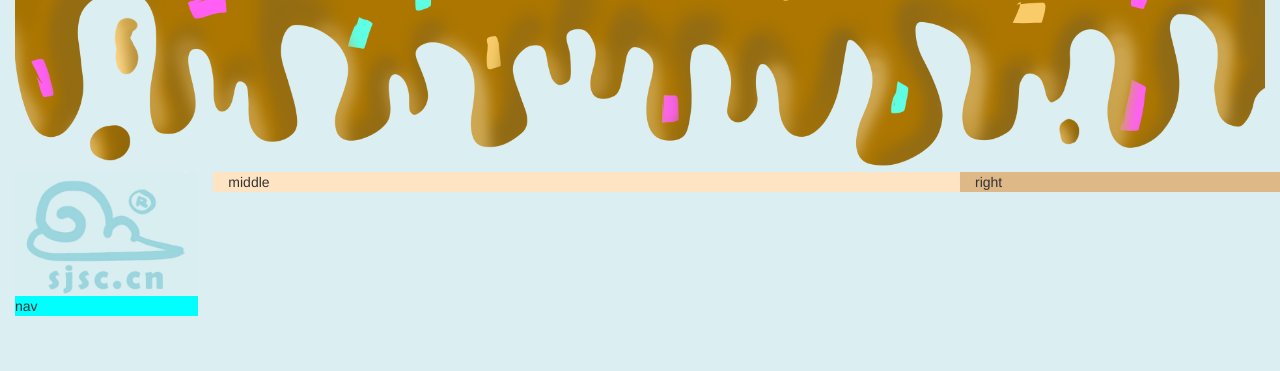
Repository: 15378517762/zxy
Page: html/index.html
An editor plug-in stored every save of this project. The page is shown before and after the next save, followed by the edit.
The browser window is 1280 px wide. The pictures show the whole page.

Above is the page before, as saved 2021-05-26 23:09:09.

After the next save:
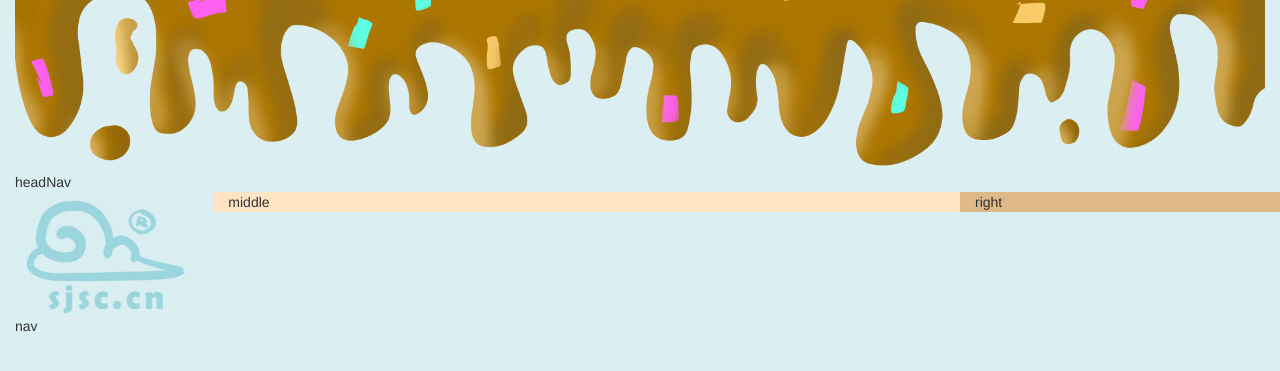
Saved 7 min 31 s later.
--- a/html/index.html
+++ b/html/index.html
@@ -19,12 +19,13 @@
 	<div class="container">
 		<img src="../img/headpic.png" class="headpic" alt="">
 
+		<div class="headNav">headNav</div>
 		<div class="row">
 			<header class="col-md-2">
 				<div class="logo">
 					<img src="../img/logo2.jpg" alt="">
 				</div>
-				<div class="nav">nav</div>
+				<div class="sideNav">nav</div>
 			</header>
 
 			<article class="col-md-7">middle</article>
